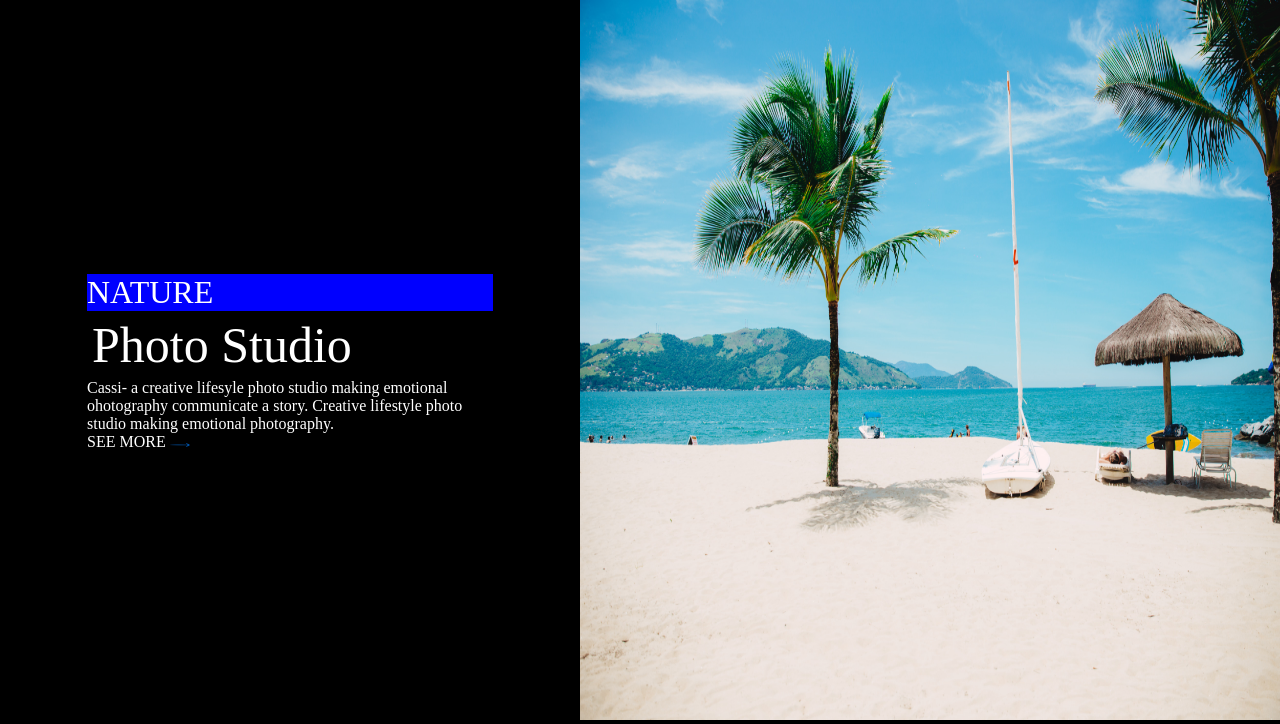
Repository: BRAspeaks/petty-project1
Page: pettyproject1.html
An editor plug-in stored every save of this project. The page is shown before and after the next save, followed by the edit.
The browser window is 1280 px wide. The pictures show the whole page.

Above is the page before, as saved 2022-07-25 15:24:31.

### pettyproject1.html
<!DOCTYPE html>
<html lang="en">
    <head>
        <meta charset="UTF-8">
        <meta http-equiv="X-UA-Compatible" content="IE=edge">
        <meta name="viewport" content="width=device-width, initial-scale=1.0">
        <title> Photo Studio</title>
        <link rel="stylesheet" href="pettyproject1.css">
    </head>
    <body>
        <div class="main">
            <p class="Nature"> NATURE</p>
            <p class="photo">Photo Studio</p>
            <p class="bodice">Cassi- a creative lifesyle photo studio making emotional ohotography communicate a story. Creative lifestyle photo studio making emotional photography.</p>
            <p class="more">
                SEE MORE
                <span>
                    <img src="bluearrow.png" class="arrow">
                </span>
            </p>
        </div>
        <div class="image">
            <img src="beach.jpg" class="beach" >
        </div>
    </body>
</html>

### pettyproject1.css
* {
    margin: 0;
    padding: 0;
    box-sizing: border-box;
}
body{
    background-color: black;
    color: white;
    display: grid;
    grid-template-columns: 1fr 1fr;
    align-items: center;
    justify-content: space-between;
}
.main{
    margin: auto;
    text-align: left;
    width: 70%;
    display: flex;
    flex-direction: column;
    flex: 1;
}
.Nature{
    background-color: blue;
    font-size: 2rem;
    mb
}
.photo{
    font-size: 50px;
    margin: 5px;
}
.arrow{
    width:20px;
}
.more, .arrow {
    display: inline-block
}
.main, .image{
    /* display:inline-block; */
}
.image{
    /* text-align: right;    */
    width: 100%;
    align-self: center;
}
.beach{
    width: 700px;
    height: 100vh;
    /* margin-bottom: -500px; */
}

After the next save:
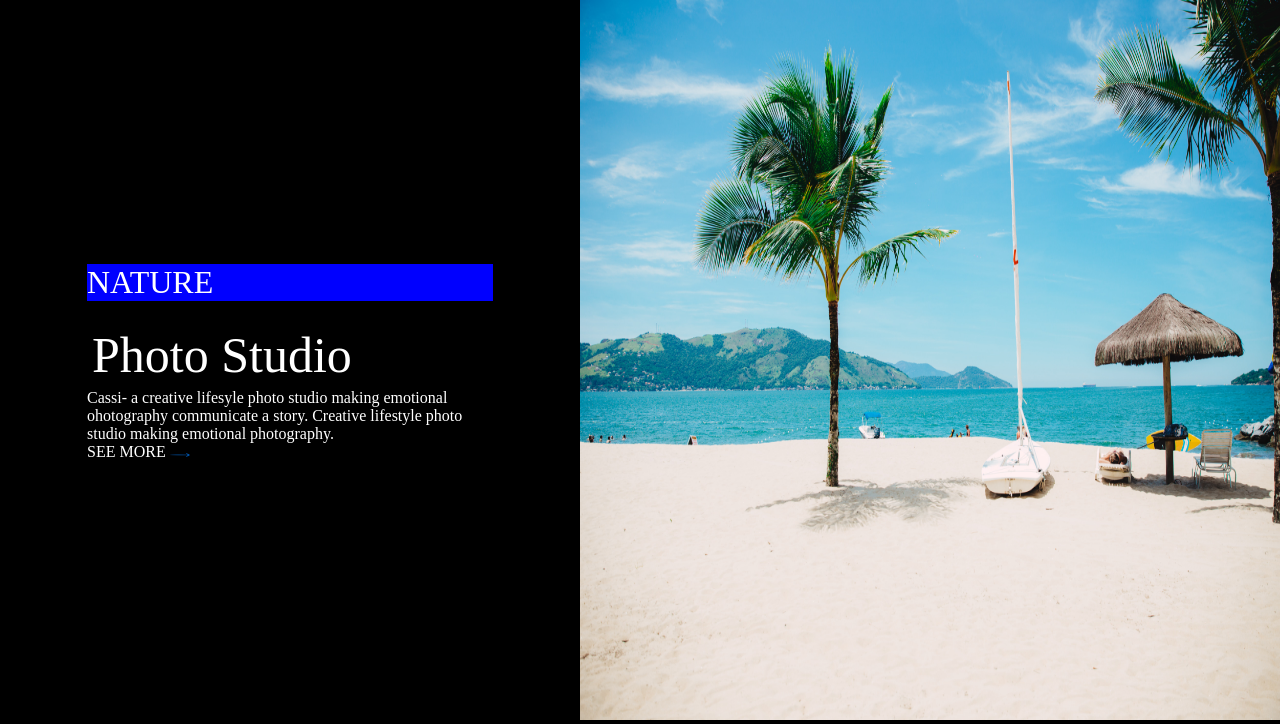
Saved 6 s later.
--- a/pettyproject1.css
+++ b/pettyproject1.css
@@ -22,7 +22,7 @@ body{
 .Nature{
     background-color: blue;
     font-size: 2rem;
-    mb
+    margin-bottom: 20px;
 }
 .photo{
     font-size: 50px;
